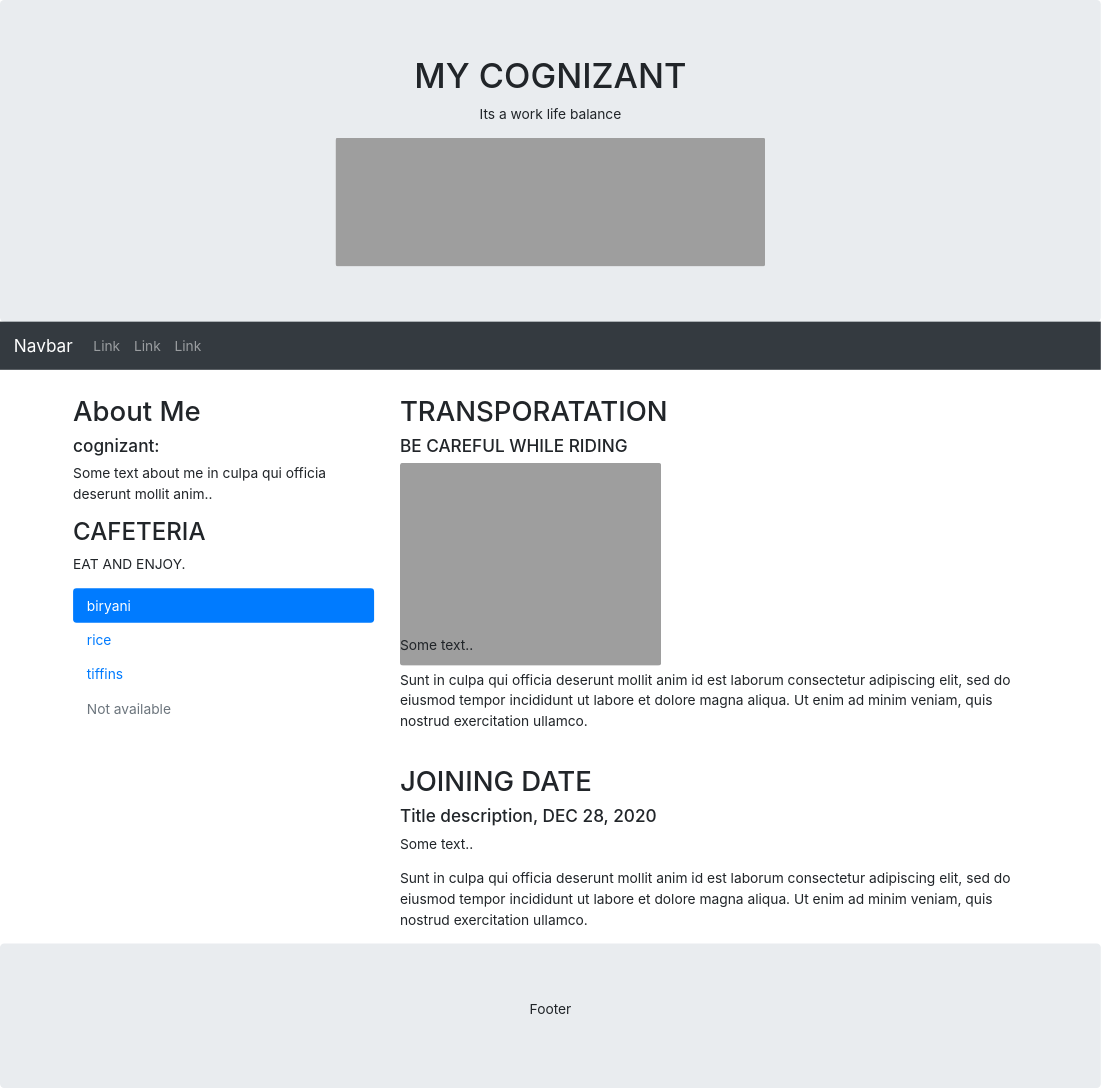
Repository: suvarsha/cognizant-projects
Page: BootStramp1/WebContent/first.html
These files come from the project's save history. The page is drawn as it stood at one moment and after the next save; the edit follows.
The browser window is 1280 px wide. The pictures show the whole page, at 86% of full size.
Pictures or frames that could not be fetched are drawn as grey boxes.

Above is the page before, as saved 2020-01-18 11:59:05.

### BootStramp1/WebContent/first.html
<!DOCTYPE html>
<html lang="en">
<head>
  <title>Bootstrap 4 Website Example</title>
  <meta charset="utf-8">
  <meta name="viewport" content="width=device-width, initial-scale=1">
  <link rel="stylesheet" href="https://maxcdn.bootstrapcdn.com/bootstrap/4.4.1/css/bootstrap.min.css">
  <script src="https://ajax.googleapis.com/ajax/libs/jquery/3.4.1/jquery.min.js"></script>
  <script src="https://cdnjs.cloudflare.com/ajax/libs/popper.js/1.16.0/umd/popper.min.js"></script>
  <script src="https://maxcdn.bootstrapcdn.com/bootstrap/4.4.1/js/bootstrap.min.js"></script>
  <style>
  .fakeimg {
    height: 200px;
    background:white;
  }
  </style>
</head>
<body>

<div class="jumbotron text-center" style="margin-bottom:0">
  <h1>MY COGNIZANT</h1>
  <p>Its a  work life balance</p>
  <img src="C:\cognizant\BootStramp1\WebContent\image\download (1).jpg"  class="rounded" alt="Cinque Terre" width="500" height="150"></div>

<nav class="navbar navbar-expand-sm bg-dark navbar-dark">
  <a class="navbar-brand" href="#">Navbar</a>
  <button class="navbar-toggler" type="button" data-toggle="collapse" data-target="#collapsibleNavbar">
    <span class="navbar-toggler-icon"></span>
  </button>
  <div class="collapse navbar-collapse" id="collapsibleNavbar">
    <ul class="navbar-nav">
      <li class="nav-item">
        <a class="nav-link" href="#">Link</a>
      </li>
      <li class="nav-item">
        <a class="nav-link" href="#">Link</a>
      </li>
      <li class="nav-item">
        <a class="nav-link" href="#">Link</a>
      </li>
    </ul>
  </div>
</nav>

<div class="container" style="margin-top:30px">
  <div class="row">
    <div class="col-sm-4">
      <h2>About Me</h2>
      <h5>cognizant:</h5>
      <p>Some text about me in culpa qui officia deserunt mollit anim..</p>
      <h3>CAFETERIA</h3>
      <p>EAT AND ENJOY.</p>
      <ul class="nav nav-pills flex-column">
        <li class="nav-item">
          <a class="nav-link active" href="#">biryani</a>
        </li>
        <li class="nav-item">
          <a class="nav-link" href="#">rice</a>
        </li>
        <li class="nav-item">
          <a class="nav-link" href="#">tiffins</a>
        </li>
        <li class="nav-item">
          <a class="nav-link disabled" href="#">Not available</a>
        </li>
      </ul>
      <hr class="d-sm-none">
    </div>
    <div class="col-sm-8">
      <h2>TRANSPORATATION</h2>
      <h5>BE CAREFUL WHILE RIDING</h5>
      <div class="fakeimg">
      <img src="C:\cognizant\BootStramp1\WebContent\image\download.jpg" class="rounded" alt="Cinque Terre" width="304" height="236"></div>
      <p>Some text..</p>
      <p>Sunt in culpa qui officia deserunt mollit anim id est laborum consectetur adipiscing elit, sed do eiusmod tempor incididunt ut labore et dolore magna aliqua. Ut enim ad minim veniam, quis nostrud exercitation ullamco.</p>
      <br>
      <h2>JOINING DATE</h2>
      <h5>Title description, DEC 28, 2020</h5>

      <p>Some text..</p>
      <p>Sunt in culpa qui officia deserunt mollit anim id est laborum consectetur adipiscing elit, sed do eiusmod tempor incididunt ut labore et dolore magna aliqua. Ut enim ad minim veniam, quis nostrud exercitation ullamco.</p>
    </div>
  </div>
</div>

<div class="jumbotron text-center" style="margin-bottom:0">
  <p>Footer</p>
</div>

</body>
</html>

After the next save:
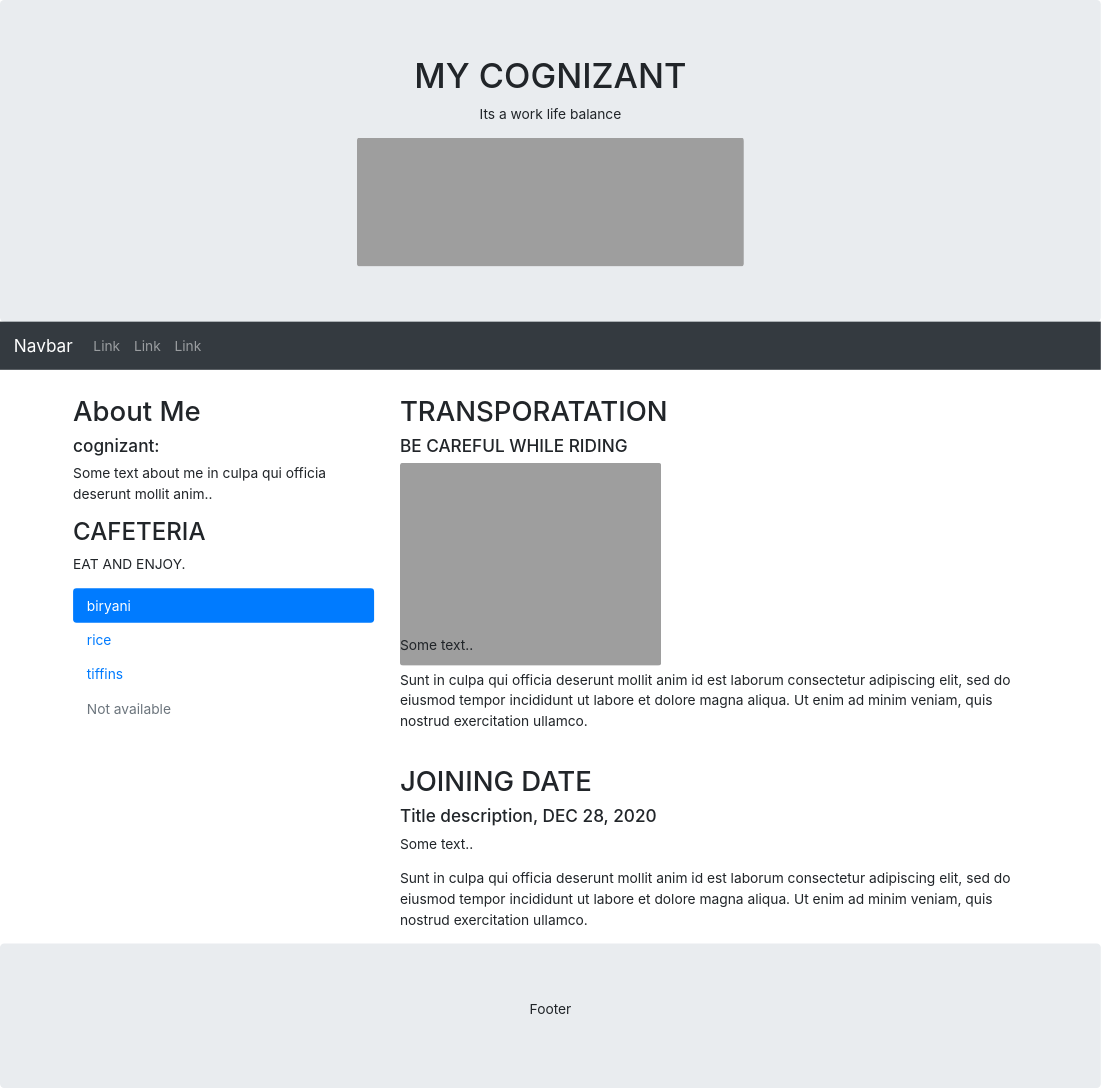
Saved 5 s later.
--- a/BootStramp1/WebContent/first.html
+++ b/BootStramp1/WebContent/first.html
@@ -20,7 +20,7 @@
 <div class="jumbotron text-center" style="margin-bottom:0">
   <h1>MY COGNIZANT</h1>
   <p>Its a  work life balance</p>
-  <img src="C:\cognizant\BootStramp1\WebContent\image\download (1).jpg"  class="rounded" alt="Cinque Terre" width="500" height="150"></div>
+  <img src="C:\cognizant\BootStramp1\WebContent\image\download (1).jpg"  class="rounded" alt="Cinque Terre" width="450" height="150"></div>
 
 <nav class="navbar navbar-expand-sm bg-dark navbar-dark">
   <a class="navbar-brand" href="#">Navbar</a>
